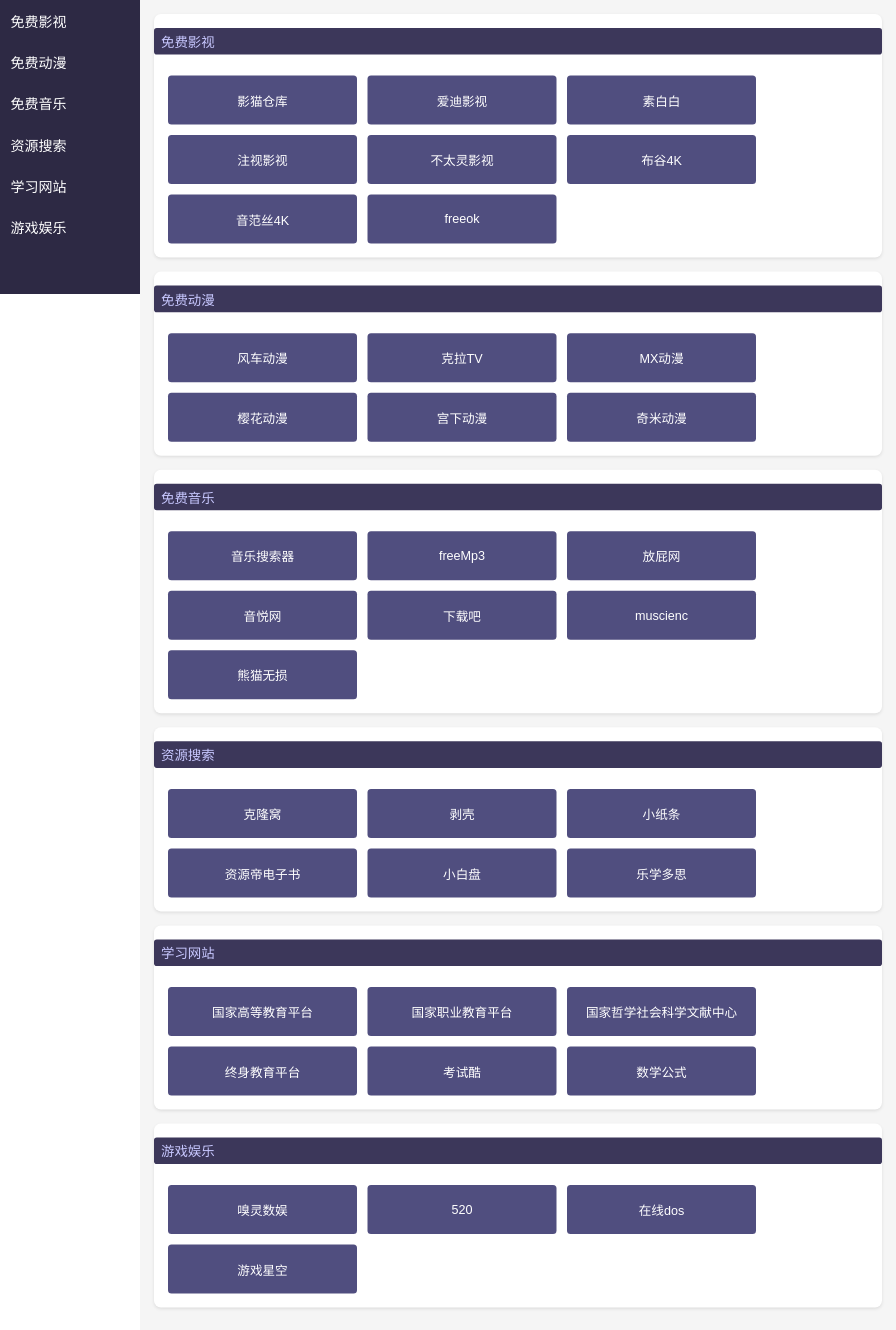
Repository: D-cocoa/D-cocoa.github.io
Page: index.html
The author's editor kept a copy of each file at every save. The page is drawn from the files as they stood at one save, then again after the next save.
The browser window is 1280 px wide. The pictures show the part of the page from y = 300 to 2200 px (the page is 2208 px tall before and 2289 px after), at 70% of full size.

Above is the page before, as saved 2025-02-05 15:08:47.

### index.html
<!DOCTYPE html>
<html lang="zh-CN">
<head>
    <meta charset="UTF-8">
    <meta name="viewport" content="width=device-width, initial-scale=1.0">
    <title>自娱自乐</title>
    <style>
        body {
            font-family: Arial, sans-serif;
            margin: 0;
            padding: 0;
        }
        #search-container {
            position: fixed;
            top: 0;
            left: 0;
            right: 0;
            height: 300px;
            background-image: url('https://10wallpaper.com/wallpaper/1366x768/2409/Starry_Sky_Badlands_Mountains_Night_Peak_5K_1366x768.jpg');
            background-size: cover;
            background-position: center;
            background-repeat: no-repeat;
            display: flex;
            justify-content: center;
            align-items: center;
            z-index: 10;
        }
        #search-wrapper {
            position: relative;
            width: 50%;
        }
        #search-input {
            width: 100%;
            padding: 10px 40px 10px 10px;
            border: none;
            font-size: 18px;
            background-color: rgba(255, 255, 255, 0.8);
            border-radius: 20px;
        }
        #search-icon {
            position: absolute;
            right: 10px;
            top: 50%;
            transform: translateY(-50%);
            cursor: pointer;
            width: 24px;
            height: 24px;
        }
        #sidebar {
            width: 200px;
            background-color: rgb(45, 41, 68);
            position: fixed;
            left: 0;
            top: 300px;
            bottom: 0;
            overflow-y: auto;
        }
        #sidebar ul {
            list-style-type: none;
            padding: 0;
            margin: 0;
        }
        #sidebar li a {
            color: white;
            text-decoration: none;
            padding: 15px;
            display: block;
            font-family: "华文行楷", "楷体", cursive;
            font-size: 20px;
            transition: all 0.3s ease;  /* 添加平滑过渡效果 */
        }
        #sidebar li a:hover {
            background-color: rgb(50, 45, 75);  /* 稍深的紫色，与激活状态协调 */
            color: rgb(190, 190, 255);  /* 略微发亮的文字 */
            border-left: 4px solid rgb(127, 122, 157);  /* 浅紫色边框 */
        }
        #sidebar li a.active {
            background-color: rgb(60, 55, 90);  /* 当前的深紫色背景 */
            border-left: 4px solid rgb(147, 142, 177);  /* 当前的浅紫色边框 */
            color: rgb(200, 200, 255);  /* 当前的亮色文字 */
        }
        #sidebar li a.active:hover {
            background-color: rgb(65, 60, 95);  /* 比激活状态稍亮一点 */
            border-left: 4px solid rgb(157, 152, 187);  /* 比激活状态稍亮一点 */
        }
        #content {
            margin-left: 200px;
            padding: 320px 20px 20px;
            background-color: #f5f5f5;
        }
        .section {
            background-color: white;
            border-radius: 10px;
            box-shadow: 0 2px 5px rgba(0,0,0,0.1);
            margin-bottom: 20px;
            overflow: hidden;
            display: block;  /* 改为默认显示所有内容 */
        }
        .section.active {
            display: block;
        }

        #profile-container {
            position: fixed;
            top: 20px;
            left: 20px;
            display: flex;
            align-items: center;
            z-index: 20;
        }
        #avatar {
            width: 50px;
            height: 50px;
            margin-right: 10px;
            border-radius: 50%;
        }
        #author-name {
            color: white;
            font-size: 24px;
            margin-right: 70px;
            font-family: "华文行楷", "楷体", cursive;
            text-shadow: 2px 2px 4px rgba(0,0,0,0.5);
            letter-spacing: 2px;
        }
        #wechat-icon {
            width: 48px;
            height: 48px;
            cursor: pointer;
            position: relative;
        }
        #wechat-icon img {
            width: 100%;
            height: 100%;
            border-radius: 50%;
        }
        #wechat-qr {
            display: none;
            position: absolute;
            top: 100%;
            left: 0;
            width: 150px;
            height: auto;
        }
        #wechat-qr img {
            width: 100%;
            height: auto;
            display: block;
            border-radius: 0;
        }
        #wechat-icon:hover #wechat-qr {
            display: block;
        }

        @media (max-width: 768px) {
            #search-container {
                height: 200px;
            }
            #search-wrapper {
                width: 80%;
            }
            #sidebar {
                top: 200px;
            }
            #content {
                padding-top: 220px;
            }
        }

        .site-container {
            display: flex;
            flex-wrap: wrap;
            gap: 15px;
            padding: 20px;
        }

        .site-link {
            display: flex;
            align-items: center;
            justify-content: center;
            width: 250px; /* 固定宽度为 250px */
            min-height: 50px; /* 最小高度，可以根据需要调整 */
            padding: 10px;
            background-color: rgb(80, 78, 127);
            color: white;
            text-decoration: none;
            border-radius: 5px;
            font-size: 18px; /* 增大字体大小 */
            transition: background-color 0.3s;
            text-align: center;
            word-break: break-word; /* 允许长单词换行 */
        }

        .site-link:hover {
            background-color: rgb(100, 98, 147);
        }

        /* 可以添加分类标题 */
        .section-title {
            font-size: 1.2em;
            color: rgb(200, 200, 255);
            margin: 20px 0 10px 0;
            padding: 5px 10px;
            background-color: rgb(60, 55, 90);
            border-radius: 4px;
        }
    </style>
</head>
<body>
    <div id="profile-container">
        <img id="avatar" src="./images/头像.jpg" alt="我的头像">
        <span id="author-name">一叶之秋</span>
        <div id="wechat-icon">
            <img src="./images/weixin.png" alt="微信图标" width="48" height="48">
            <div id="wechat-qr">
                <img src="./images/加好友.jpg" alt="微信二维码">
            </div>
        </div>
    </div>

    <div id="search-container">
        <div id="search-wrapper">
            <input type="text" id="search-input" placeholder="站内搜索...">
            <img id="search-icon" src="./images/搜索图标.png" alt="搜索">
        </div>
    </div>

    <nav id="sidebar">
        <ul id="nav-list">
            <!-- 导航项将通过JavaScript动态添加 -->
        </ul>
    </nav>

    <div id="content">
        <!-- 内容区域将通过JavaScript动态添加 -->
    </div>

    <script>
        function fetchNavData() {
            // 将导航资源.txt的内容直接粘贴在这里
            const data = `免费影视:
影猫仓库,https://ymck.pro/
爱迪影视,https://adys.tv/
素白白,https://www.subaibaiys.com/
注视影视,https://gaze.run/?ref=yinghe.app
不太灵影视,https://www.7bt0.com/
布谷4K,https://www.bugutv.org/
音范丝4K,https://www.yinfans.me/page/140?ivk_sa=1025922p
freeok,https://www.freeok.vip/

免费动漫:
风车动漫,http://yuanjinjuan.com/
克拉TV,https://www.kelatv.com/
MX动漫,https://www.mxdmp.com/
樱花动漫,http://www.yinghua8.io/
宫下动漫,https://www.iyxdm.one/
奇米动漫,http://www.qimiqimi.net/

免费音乐:
音乐搜索器,http://www.xmsj.org/
freeMp3,http://tool.liumingye.cn/music/?page=searchPage
放屁网,https://www.fangpi.net/
音悦网,https://www.yinyuetai.com/
下载吧,https://xiageba.com/
muscienc,https://www.musicenc.com/
熊猫无损,https://www.xmwav.com/

资源搜索:
克隆窝,https://www.xmwav.com/
剥壳,https://www.ghxi.com/
小纸条,https://ali.gitcafe.ink/
资源帝电子书,https://shu.ziyuandi.cn/
小白盘,https://www.xiaobaipan.com/
乐学多思,https://www.lexueduosi.com/#/

学习网站:
国家高等教育平台,https://www.chinaooc.com.cn/
国家职业教育平台,https://www.smartedu.cn/special/TeacherTrainingW2024
国家哲学社会科学文献中心,https://www.ncpssd.org/
终身教育平台,https://le.ouchn.cn/home
考试酷,https://www.examcoo.com/
数学公式,https://mathsolver.microsoft.com/zh

游戏娱乐:
嗅灵数娱,https://www.linggo.top/
520,https://www.gamer520.com/
在线dos,https://dos.lol/
游戏星空,https://gamestarfield.com/`;

            const navData = parseNavData(data);
            createNavigation(navData);
        }

        function parseNavData(text) {
            const lines = text.split('\n');
            const navData = {};
            let currentCategory = '';

            lines.forEach(line => {
                line = line.trim();
                if (line.endsWith(':')) {
                    currentCategory = line.slice(0, -1);
                    navData[currentCategory] = [];
                } else if (line && currentCategory) {
                    const [name, url] = line.split(',');
                    if (name && url) {
                        navData[currentCategory].push([name.trim(), url.trim()]);
                    }
                }
            });

            return navData;
        }

        function createNavigation(navData) {
            const navList = document.getElementById('nav-list');
            const contentDiv = document.getElementById('content');

            // 清空现有内容
            navList.innerHTML = '';
            contentDiv.innerHTML = '';

            // 创建导航菜单和内容
            for (const [category, sites] of Object.entries(navData)) {
                // 添加导航项
                const li = document.createElement('li');
                const a = document.createElement('a');
                a.href = `#${category}`;
                a.textContent = category;
                li.appendChild(a);
                navList.appendChild(li);

                // 创建对应的内容区域
                const section = document.createElement('div');
                section.id = category;
                section.className = 'section';

                // 添加分类标题
                const title = document.createElement('div');
                title.className = 'section-title';
                title.textContent = category;
                section.appendChild(title);

                const siteContainer = document.createElement('div');
                siteContainer.className = 'site-container';
                for (const [siteName, siteUrl] of sites) {
                    const siteLink = document.createElement('a');
                    siteLink.href = siteUrl;
                    siteLink.textContent = siteName;
                    siteLink.className = 'site-link';
                    siteLink.target = "_blank";
                    siteContainer.appendChild(siteLink);
                }
                section.appendChild(siteContainer);
                contentDiv.appendChild(section);
            }

            // 导航点击事件 - 滚动到对应位置
            const links = document.querySelectorAll('#sidebar a');
            links.forEach(link => {
                link.addEventListener('click', function(e) {
                    e.preventDefault();

                    // 移除所有导航项的激活状态
                    links.forEach(l => l.classList.remove('active'));
                    // 添加当前点击项的激活状态
                    this.classList.add('active');

                    // 滚动到对应区域
                    const targetId = this.getAttribute('href').substring(1);
                    const targetSection = document.getElementById(targetId);
                    targetSection.scrollIntoView({ behavior: 'smooth' });
                });
            });
        }

        // 初始加载导航数据
        fetchNavData();

        // 搜索功能
        document.getElementById('search-input').addEventListener('input', function() {
            const searchTerm = this.value.toLowerCase();
            const sections = document.querySelectorAll('.section');

            sections.forEach(section => {
                const text = section.textContent.toLowerCase();
                if (text.includes(searchTerm)) {
                    section.style.display = 'block';
                } else {
                    section.style.display = 'none';
                }
            });
        });

        document.getElementById('search-icon').addEventListener('click', function() {
            const searchInput = document.getElementById('search-input');
            const searchTerm = searchInput.value.toLowerCase();
            const sections = document.querySelectorAll('.section');

            sections.forEach(section => {
                const text = section.textContent.toLowerCase();
                if (text.includes(searchTerm)) {
                    section.style.display = 'block';
                } else {
                    section.style.display = 'none';
                }
            });
        });
    </script>
</body>
</html>

After the next save:
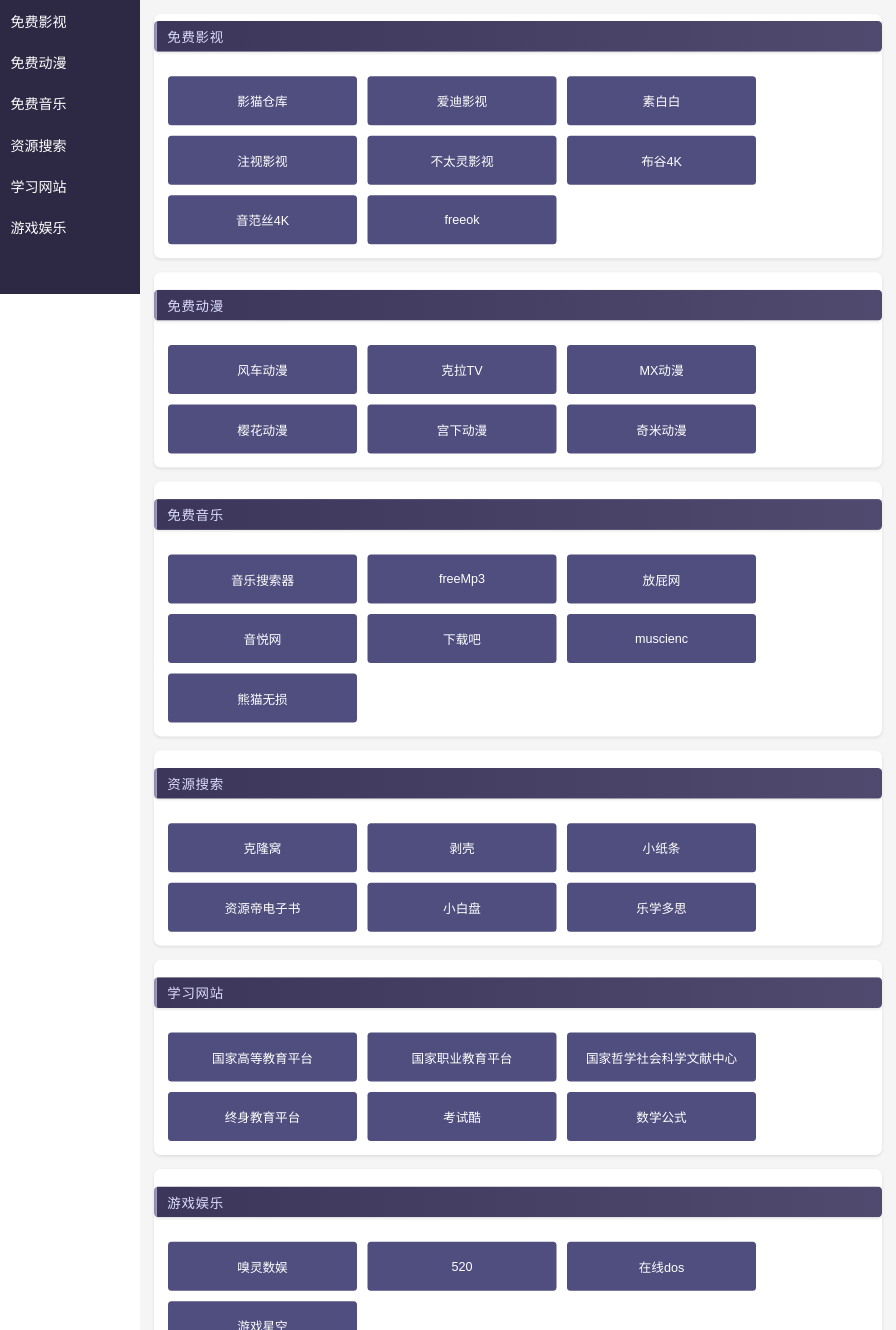
Saved 95 s later.
--- a/index.html
+++ b/index.html
@@ -194,14 +194,29 @@
             background-color: rgb(100, 98, 147);
         }
 
-        /* 可以添加分类标题 */
+        /* 优化分类标题样式 */
         .section-title {
             font-size: 1.2em;
-            color: rgb(200, 200, 255);
-            margin: 20px 0 10px 0;
-            padding: 5px 10px;
-            background-color: rgb(60, 55, 90);
-            border-radius: 4px;
+            color: rgb(220, 220, 255);  /* 更亮的文字颜色 */
+            margin: 25px 0 15px 0;      /* 调整间距 */
+            padding: 8px 15px;          /* 增加内边距 */
+            background: linear-gradient(to right, rgb(60, 55, 90), rgb(80, 75, 110));  /* 渐变背景 */
+            border-radius: 6px;         /* 圆角 */
+            box-shadow: 0 2px 4px rgba(0, 0, 0, 0.1);  /* 轻微阴影 */
+            border-left: 4px solid rgb(147, 142, 177);  /* 左侧边框 */
+            letter-spacing: 1px;        /* 字间距 */
+        }
+
+        /* 第一个标题特殊处理 */
+        .section:first-child .section-title {
+            margin-top: 10px;
+        }
+
+        /* 悬浮效果 */
+        .section-title:hover {
+            background: linear-gradient(to right, rgb(65, 60, 95), rgb(85, 80, 115));
+            transform: translateX(5px);  /* 轻微位移 */
+            transition: all 0.3s ease;   /* 平滑过渡 */
         }
     </style>
 </head>
